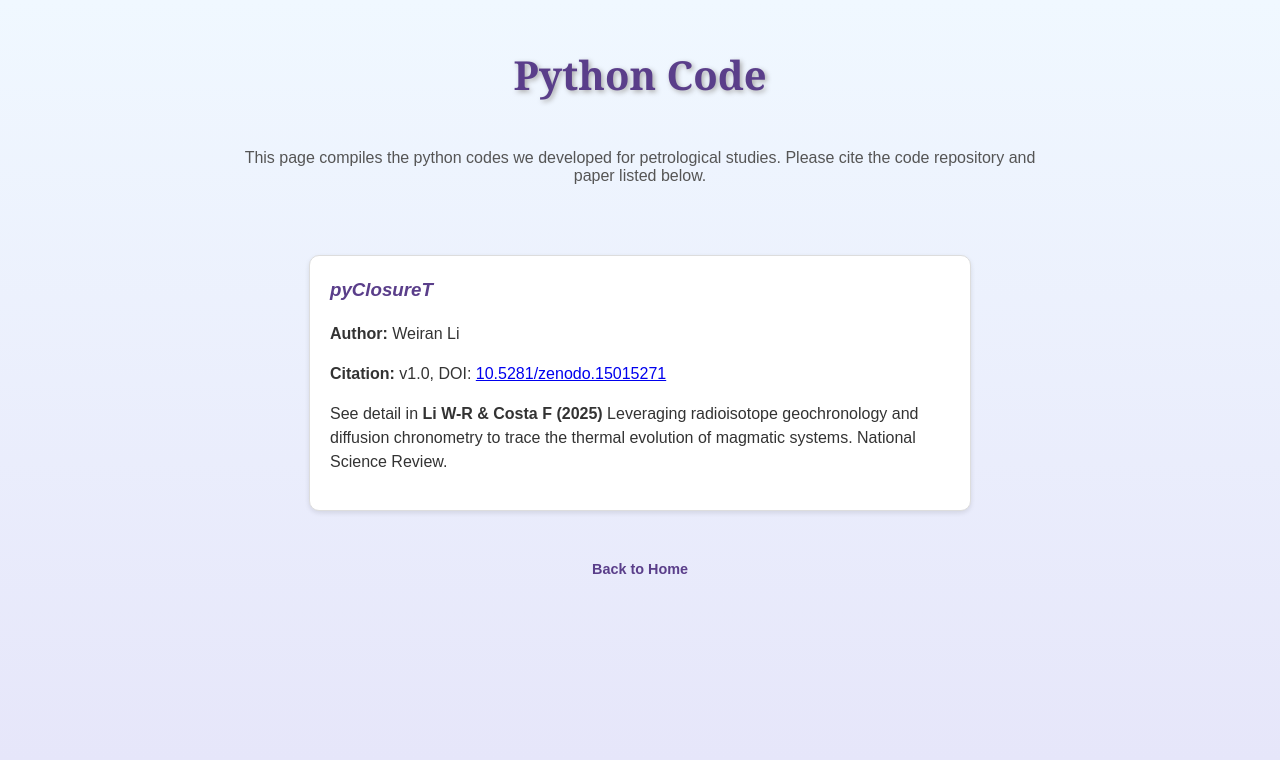
Repository: Abyss2019/home_page
Page: python-code/index.html
An editor plug-in stored every save of this project. The page is shown before and after the next save, followed by the edit.
The browser window is 1280 px wide. The pictures show the whole page.

Above is the page before, as saved 2025-04-06 10:50:02.

After the next save:
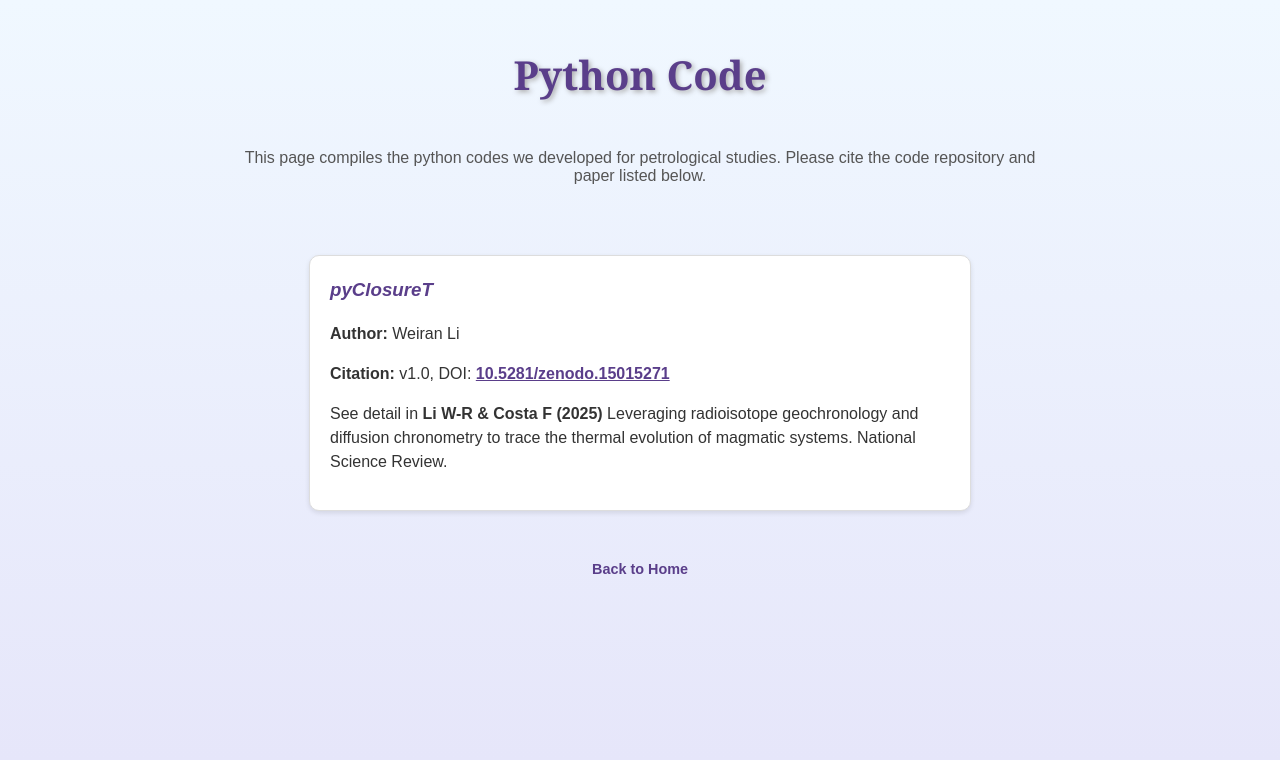
Saved 16 min 34 s later.
--- a/python-code/index.html
+++ b/python-code/index.html
@@ -105,7 +105,8 @@
   <div class="citation-card">
     <h3>pyClosureT</h3>
     <p><strong>Author:</strong> Weiran Li</p>
-    <p><strong>Citation:</strong> v1.0, DOI: <a href="https://doi.org/10.5281/zenodo.15015271" target="_blank">10.5281/zenodo.15015271</a></p>
+    <p><strong>Citation:</strong> v1.0, DOI: <a href="#" onclick="showForm('https://doi.org/10.5281/zenodo.15015271')" style="color:#5a3e8a; font-weight: bold;">10.5281/zenodo.15015271</a>
+</p>
     <p>See detail in <strong>Li W-R &amp; Costa F (2025)</strong> Leveraging radioisotope geochronology and diffusion chronometry to trace the thermal evolution of magmatic systems. National Science Review.</p>
   </div>
   <!-- 以后可以在这里添加更多引用卡片 -->
